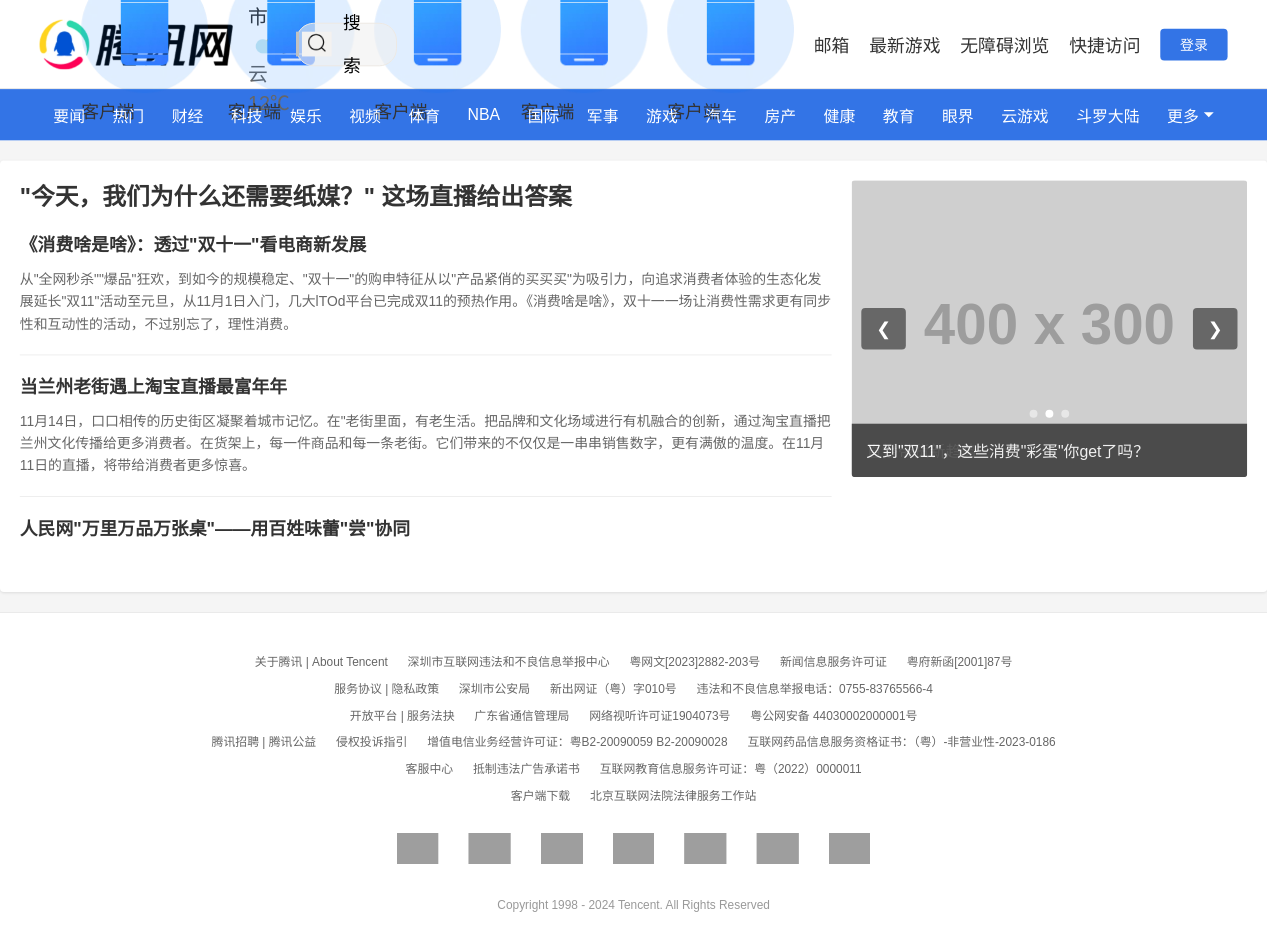
Repository: huang-heavenly-Emperor/xszy_TencentNews
Page: index.html
The author's editor kept a copy of each file at every save. The page is drawn from the files as they stood at one save, then again after the next save.
The browser window is 1280 px wide. The pictures show the whole page, at 99% of full size.
Pictures or frames that could not be fetched are drawn as grey boxes. The style sheet was rebuilt from its Sass, Less or Tailwind sources for each picture, by a compiler version that may differ from the author's.

Above is the page before, as saved 2024-11-22 18:37:33.

After the next save:
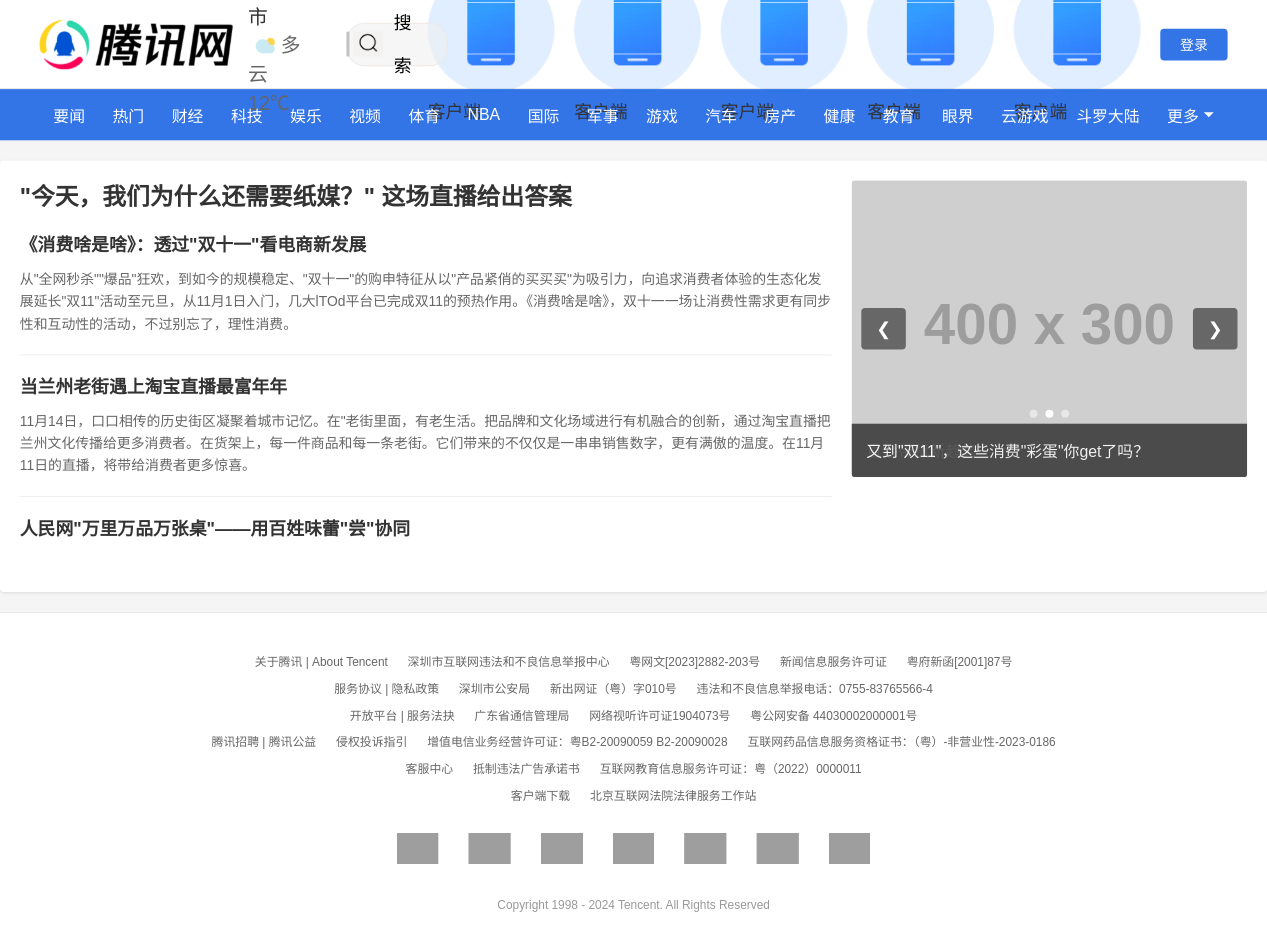
Saved 9 s later.
--- a/index.html
+++ b/index.html
@@ -49,10 +49,6 @@
 
 
 
-                    <a href="#" class="nav-item">邮箱</a>
-                    <a href="#" class="nav-item">最新游戏</a>
-                    <a href="#" class="nav-item">无障碍浏览</a>
-                    <a href="#" class="nav-item">快捷访问</a>
                     <button class="login-btn">登录</button>
                 </div>
             </div>
